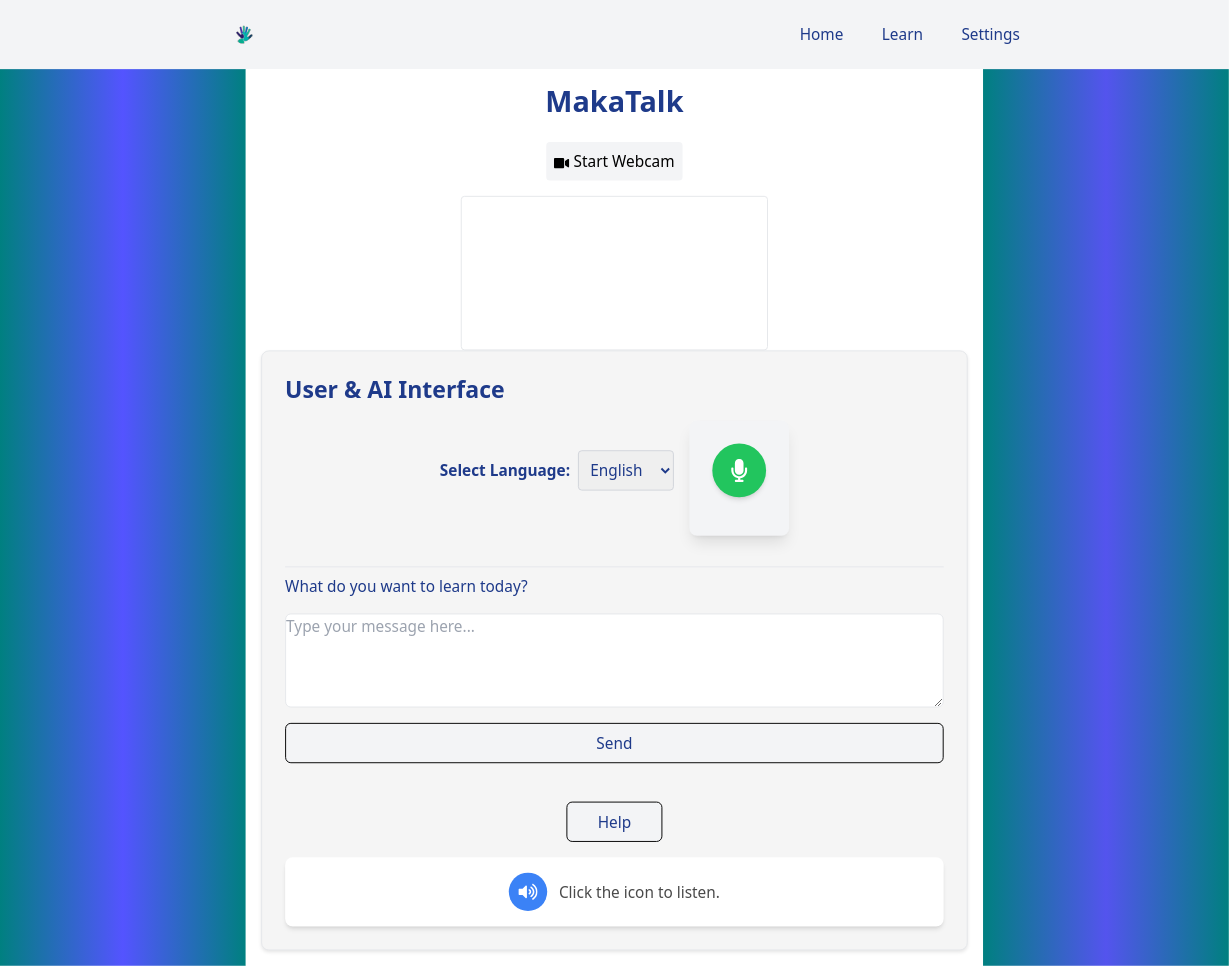
Repository: maria2469/MakaTalk
Page: /learn
These files come from the project's save history. The page is drawn as it stood at one moment and after the next save; the edit follows.
The browser window is 1280 px wide. The pictures show the whole page, at 96% of full size.
The page's requests for data from a server got no answer. The project was rebuilt for these pictures with package versions that can differ from the ones it lists, and the page was loaded fresh each time. No one was signed in, and anything a server would have sent is missing. Also part of the build but not shown: vite.config.js, src/components/LandingPage/Landing.jsx.

Above is the page before, as saved 2024-10-10 14:44:31.

After the next save:
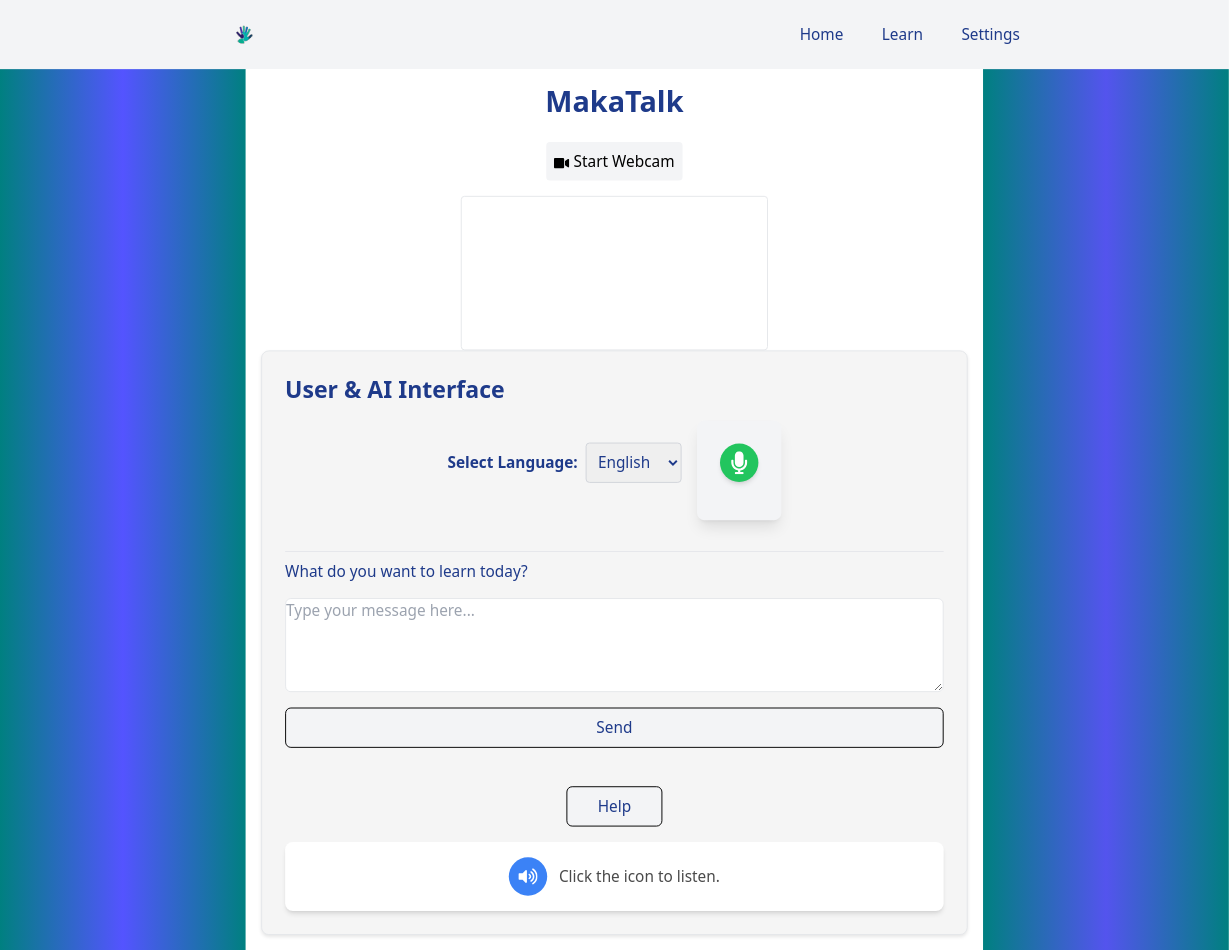
Saved 21 s later.
--- a/src/components/VoiceToVoice/VoiceToVoiceButton.jsx
+++ b/src/components/VoiceToVoice/VoiceToVoiceButton.jsx
@@ -79,7 +79,7 @@ const VoiceToVoiceButton = ({ selectedLanguage }) => {
             <div className="flex mb-4">
                 <button
                     onClick={handleSpeechRecognition}
-                    className={`p-4 rounded-full transition-colors duration-300 ${isListening ? 'bg-red-500' : 'bg-green-500 hover:bg-green-600'} text-white shadow-md`}
+                    className={`p-2 rounded-full transition-colors duration-300 ${isListening ? 'bg-red-500' : 'bg-green-500 hover:bg-green-600'} text-white shadow-md`}
                     disabled={isProcessing}
                     aria-label="Voice Input"
                 >
